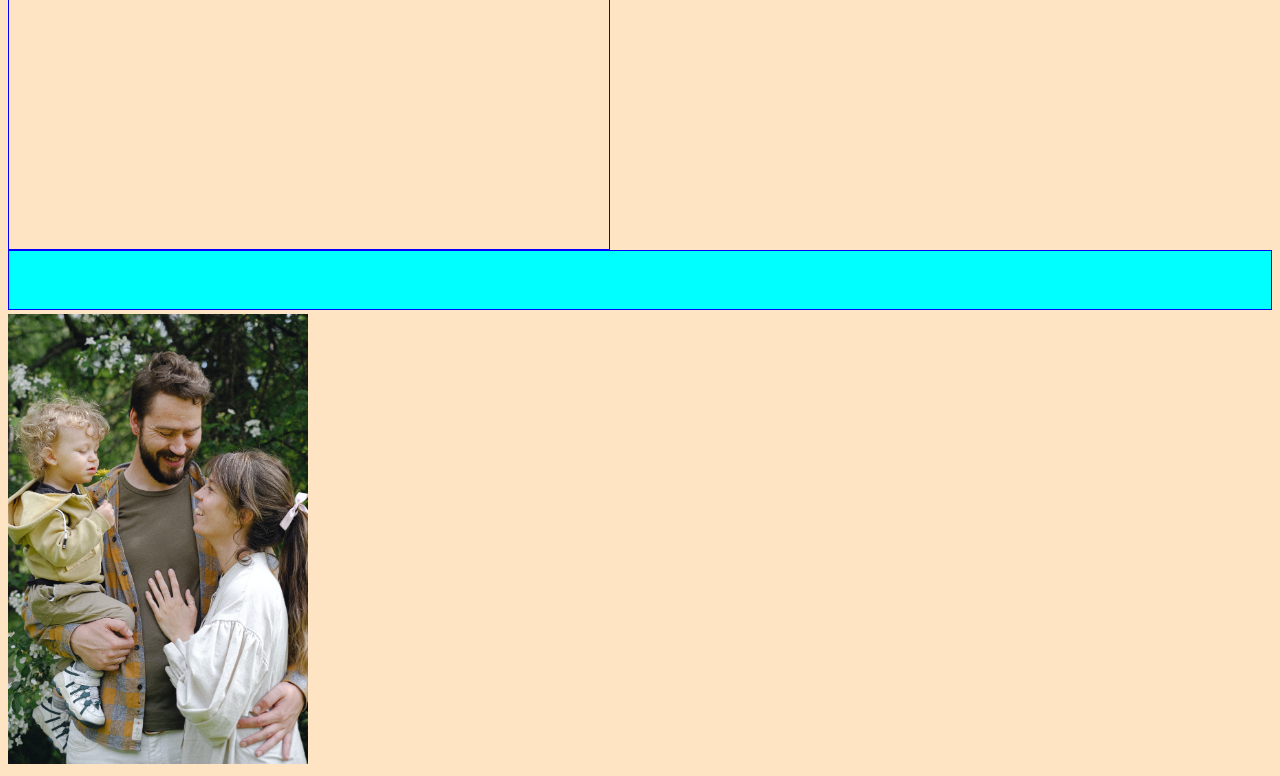
Repository: TheTroyPhillips/Personal-website
Page: about.html
The author's editor kept a copy of each file at every save. The page is drawn from the files as they stood at one save, then again after the next save.
The browser window is 1280 px wide. The pictures show the part of the page from y = 1452 to 2404 px (the page is 2228 px tall before and 2766 px after).
A picture or video elsewhere on the page could not be fetched, so the positions and the page height are approximate.

Above is the page before, as saved 2023-09-10 23:07:40.

### about.html
<!DOCTYPE html>
<html lang="en">
<head>
    <meta charset="UTF-8">
    <meta name="viewport" content="width=device-width, initial-scale=1.0">
    <title>Document</title>
    <link rel="stylesheet" href="style.css">
</head>
<body>
    <div class="parent">
        <div class="child">
            <span class="myname">Troy Phillips</span>
        <nav class="pages">
            <a class="active" href="/">HOME</a>
            <a href="/about.html">ABOUT</a>
            <a href="/portfolio.html">PORTFOLIO</a>
        </div>
        <h1 class="about">When i am away from the keyboard these are
            a few things i do to enjoy life to the fullest.</h1>\
     <div class="parent"></div>
        <div class="childb">
            <section>
                <h2>Golfing</h2>
                <p class="pa">Lorem ipsum dolor sit amet, consectetur adipisicing elit. Excepturi facere
                     temporibus,corporis quia, at facilis a molestiae, reprehenderit quod
                      distinctio quae in quam vitae earum ut nemo eligendi! Corporis, omnis.</p>
         </div>
         <div class="childb">
            <img src="pexels-ashford-marx-6501725.jpg" alt="">
        </div>
    </div>
         <div class="childb1">
            <section>
                <h2>Spending time with family</h2>
                <p class="pa">Lorem ipsum dolor sit amet consectetur adipisicing elit.
                     Voluptas illum id molestiae debitis harum.</p>
            </section>
         </div>
         <div class="child"></div>
         <img src="pexels-anna-shvets-4586683.jpg" alt="">
</body>
</html>

### style.css
.child{
    width: 100%;
    height: 60px;
    border: 1px solid blue;
    display: inline-block;
    box-sizing: border-box;
    background-color: aqua;
    padding: 10px;
}
.childb{
    width: 600px;
    height: 600px;
    border: 1px solid blue;
    display: inline-block;
    margin-top: 1px;
}
.myname{
    float: left;
    font-size: 2rem;
}
.pages{
    float: right;
    font-size: 2rem;
}
.pages a.active{
    color: inherit;
}
.pages a{
    color: inherit;
}
body{
    background-color: bisque;
}
main{
    text-align: center;
    margin-left: 5%;
    margin-right: 5%;
    font-size: 1.8rem;
}
p{
    text-align: center;
    font-size: 2.5rem;
    font-family: Verdana, Geneva, Tahoma, sans-serif;
    margin: 130px;
}
.pa{
    margin: 10px;
}
h2{
    font-size: 3rem;
}
.childc{
    width: 70%;
    height: 600px;
    border: 1px solid blue;
    margin-left: 15%;
}
.two{
    font-size: 2.2rem;
}
.extra{
    font-size: 1.8rem;
    margin-top: 10px;
    text-align: left;
    margin-left: 10px;
}
img{
    width: 300px;
}
.childb1{
    width: 600px;
    height: 600px;
    border: 1px solid blue
}
.parent{
    margin-top: 10px;

}

After the next save:
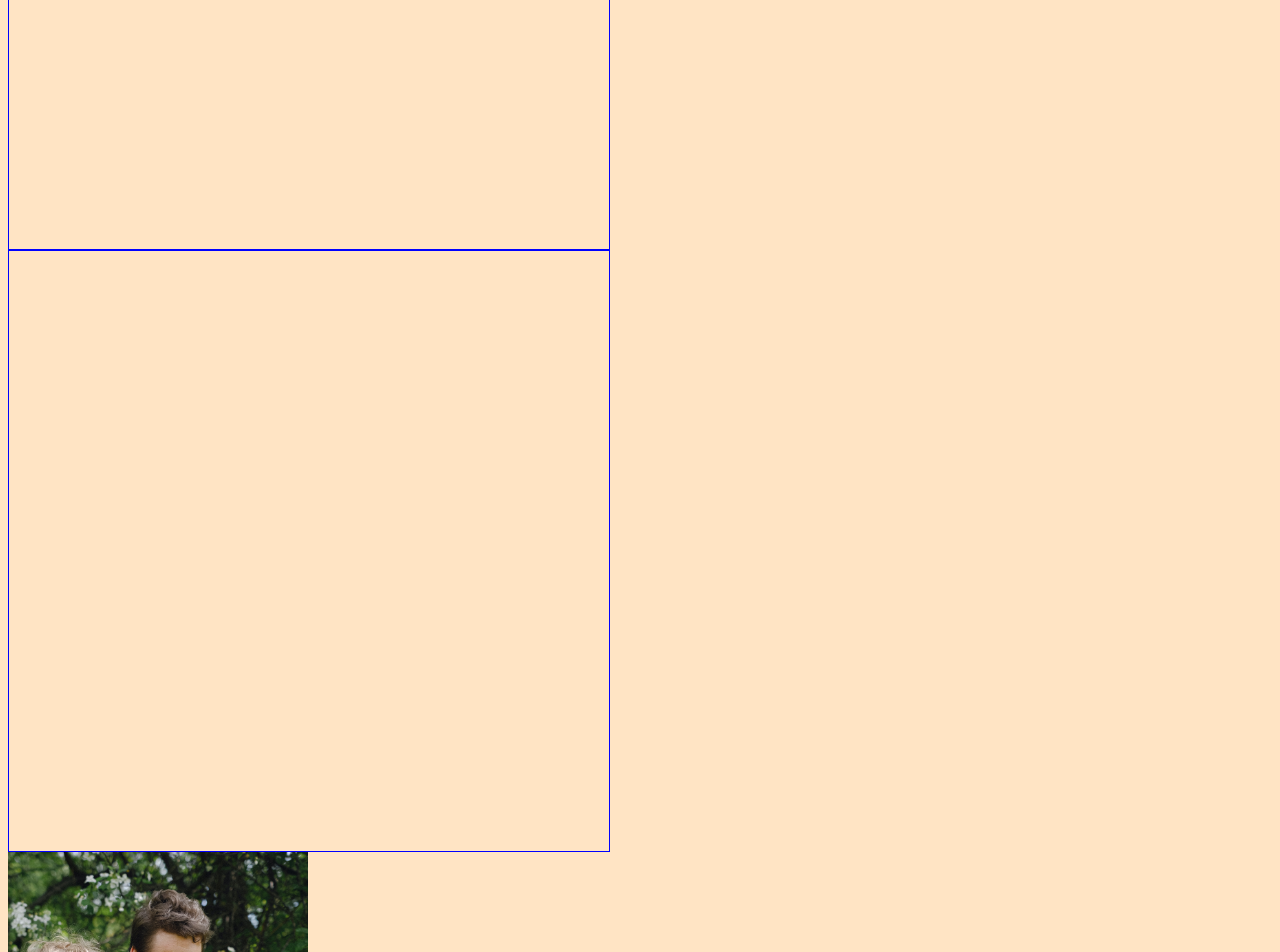
Saved 5 s later.
--- a/about.html
+++ b/about.html
@@ -36,7 +36,7 @@
                      Voluptas illum id molestiae debitis harum.</p>
             </section>
          </div>
-         <div class="child"></div>
+         <div class="childb1"></div>
          <img src="pexels-anna-shvets-4586683.jpg" alt="">
 </body>
 </html>
